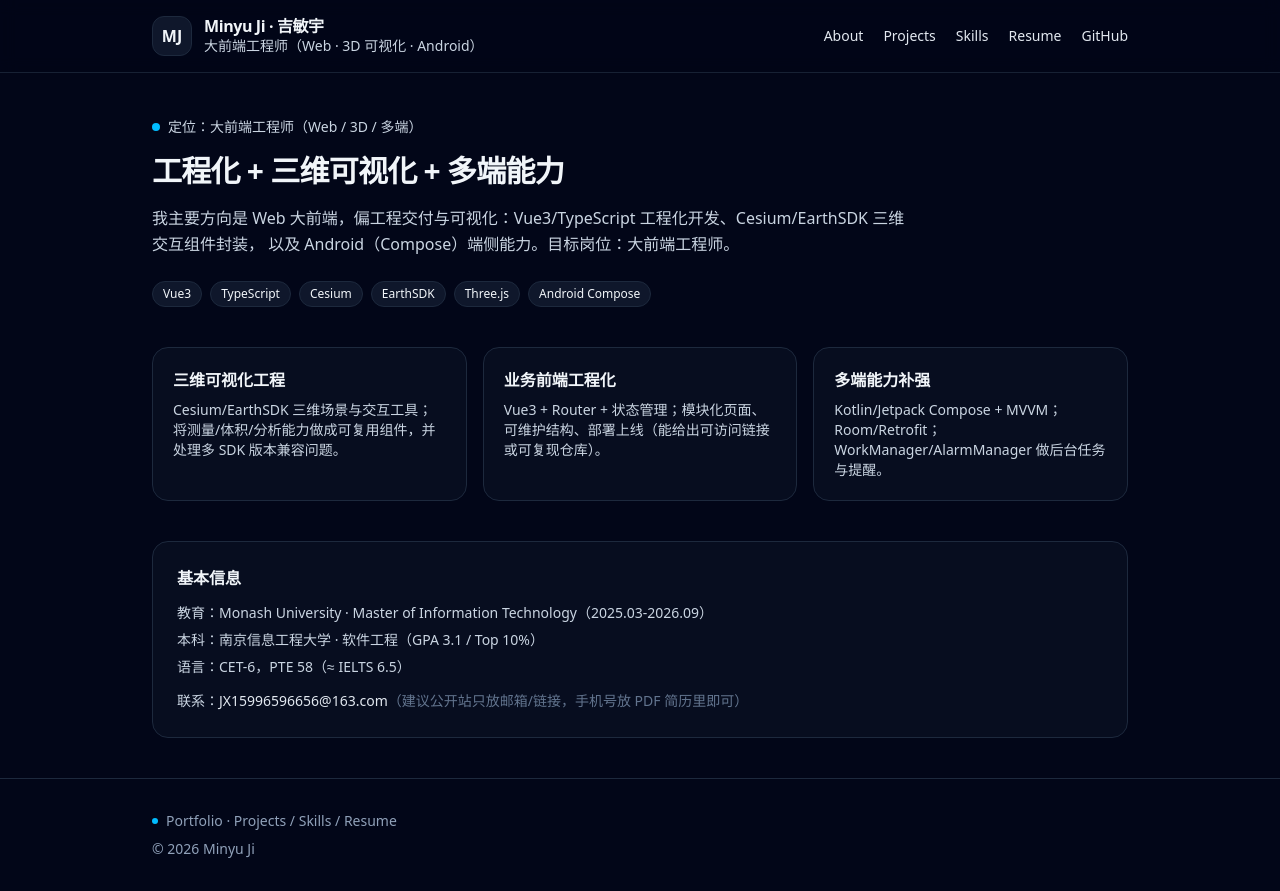
Repository: Andrew-JX/mj-portfolio
Page: /
These files come from the project's save history. The page is drawn as it stood at one moment and after the next save; the edit follows.
The browser window is 1280 px wide. The pictures show the whole page.
The project was rebuilt for these pictures with package versions that can differ from the ones it lists, and the page was loaded fresh each time. Also part of the build but not shown: vite.config.ts, src/data/projects.ts, src/pages/ProjectsPage.vue, src/pages/ProjectDetailPage.vue, src/pages/SkillsPage.vue, src/pages/ResumePage.vue.

Above is the page before, as saved 2026-01-06 21:58:39.

After the next save:
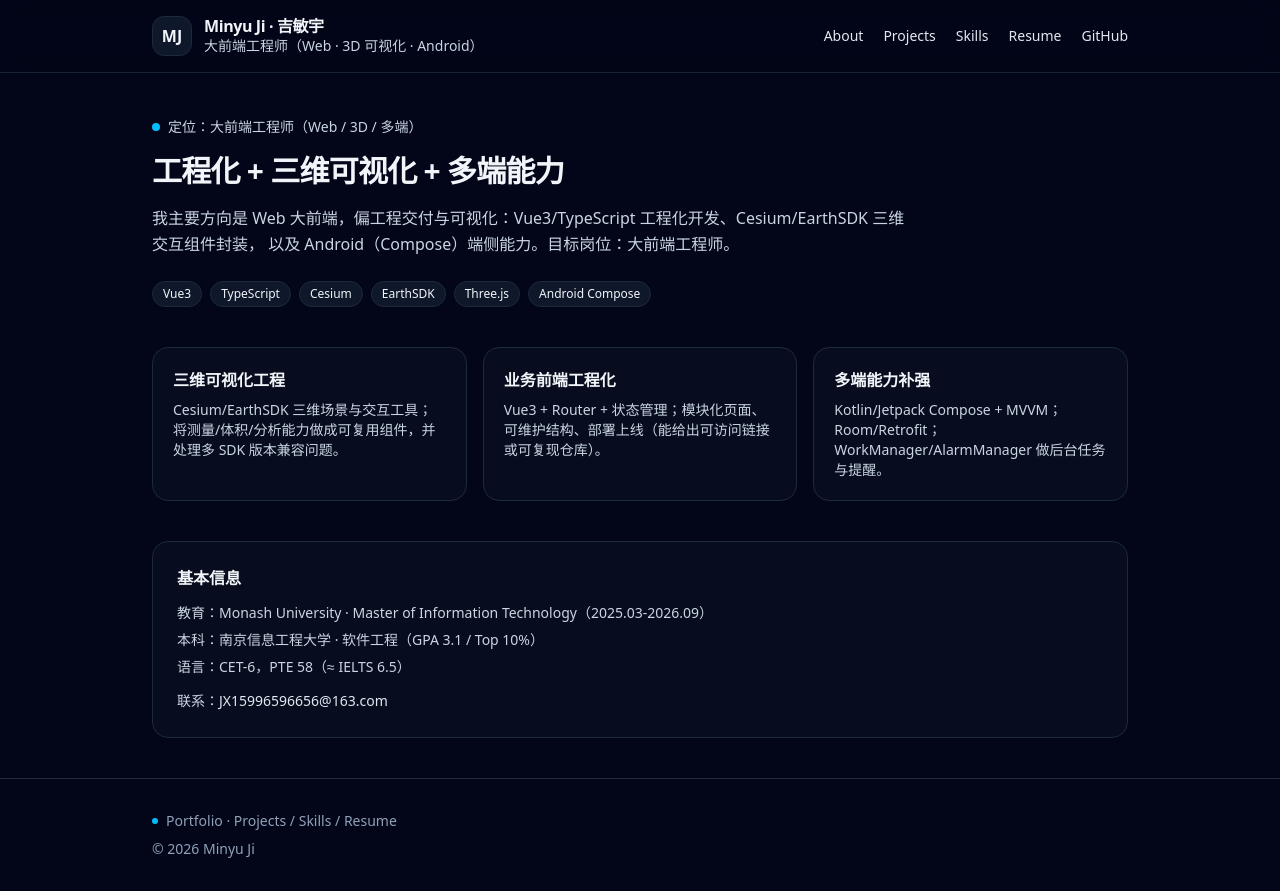
Saved 41 s later.
--- a/src/pages/AboutPage.vue
+++ b/src/pages/AboutPage.vue
@@ -56,7 +56,6 @@
         <div>语言：CET-6，PTE 58（≈ IELTS 6.5）</div>
         <div class="pt-2">
           联系：<span class="text-slate-200">JX15996596656@163.com</span>
-          <span class="text-slate-500">（建议公开站只放邮箱/链接，手机号放 PDF 简历里即可）</span>
         </div>
       </div>
     </section>
